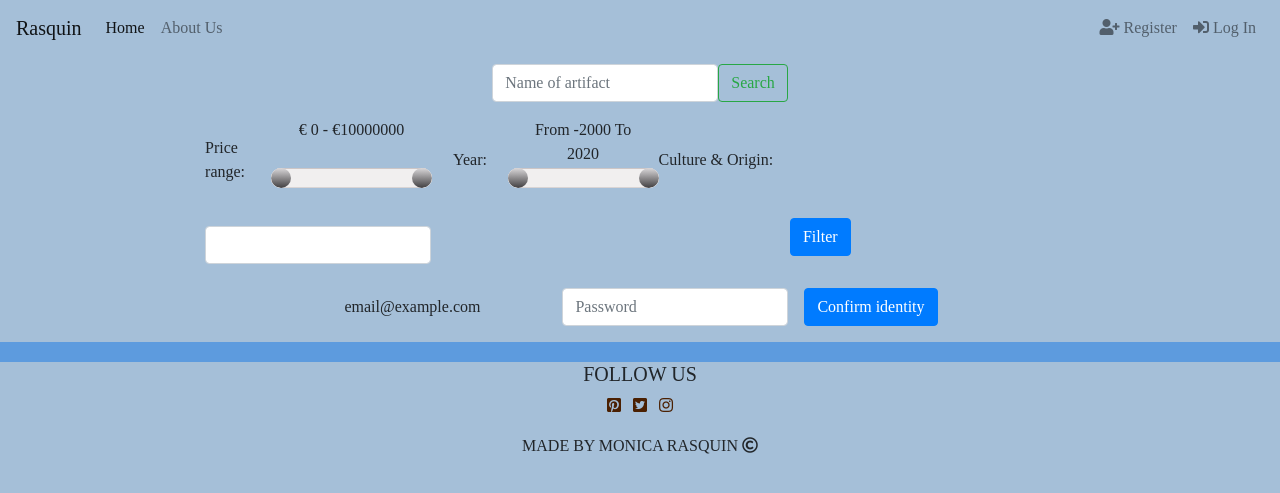
Repository: Rasquin/auction
Page: templates/base.html
The author's editor kept a record of every edit. The page is drawn from the files as they stood at one moment, then again after the next edit.
The browser window is 1280 px wide. The pictures show the whole page.
The template is drawn by Django 2.2. The application's start-up code is not run. The template is opened directly, without the code that normally fills it, so the values that code supplies are empty.

Above is the page before.

After the next edit:
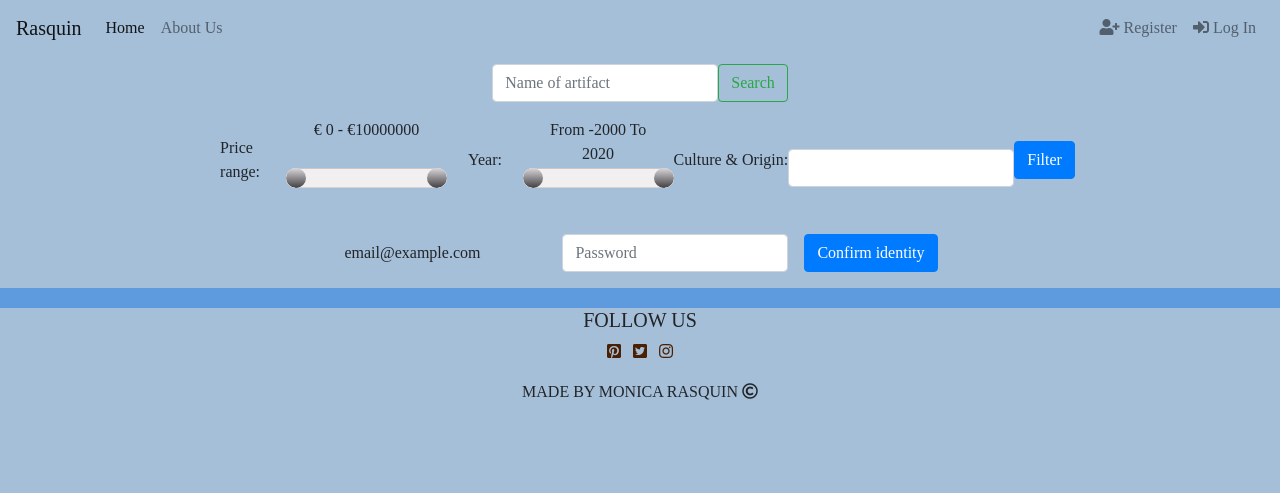
The edit:
--- a/templates/base.html
+++ b/templates/base.html
@@ -121,8 +121,8 @@
             <div class="form-group" >
 
                     <p><label for="origin">Culture & Origin:</label></p>
-                </div>
-                <div class="col-12 col-md-8">
+
+
                     <input type="text" class="form-control" id="artifact_origin" name="artifact_origin">
                 </div>
             </div>
